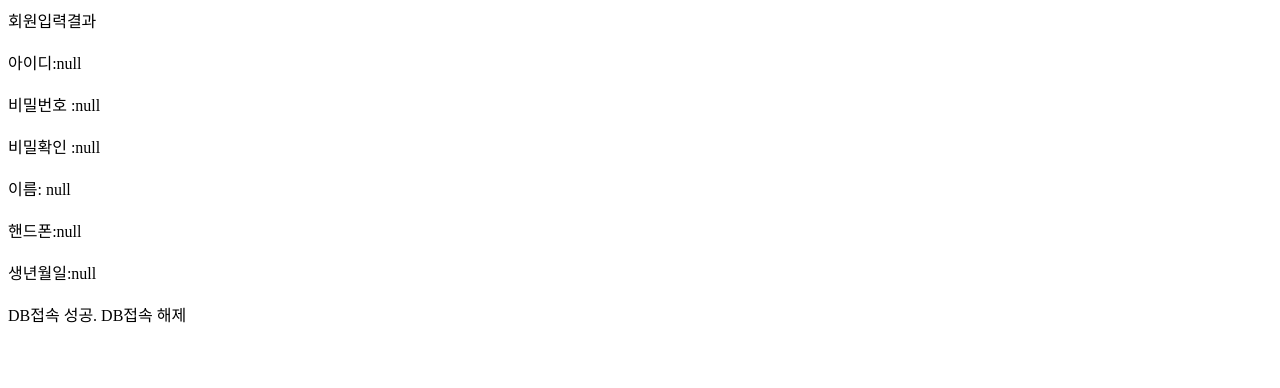
Repository: Junanaa/Jsp
Page: http://localhost/review/MyUser/UserInsertOK.jsp
The author's editor kept a copy of each file at every save. The page is drawn from the files as they stood at one save, then again after the next save.
The browser window is 1280 px wide. The pictures show the whole page.
The page is served by Tomcat 9.

Above is the page before, as saved 2023-11-07 03:35:18.

### src/review/src/main/webapp/MyUser/UserInsertOK.jsp
<%@ page language="java" contentType="text/html; charset=UTF-8"
    pageEncoding="UTF-8"%>
<%@ page import="java.sql.*" %>
<%@ page import ="java.sql.DriverManager" %>

<!DOCTYPE html>
<html>
<head>
<meta charset="UTF-8">
<title>Insert title here</title>
</head>
<body>
회원입력결과<br><br>

<%

	request.setCharacterEncoding("UTF-8"); //한글 표시용


	String sID = request.getParameter("mID");
	String sPWD1 = request.getParameter("mPWD1");
	String sPWD2 = request.getParameter("mPWD2");
	String sName = request.getParameter("mName");
	String sPhone = request.getParameter("mPhone");
	String sNumber = request.getParameter("mNumber");
	String sYMD = request.getParameter("mYMD");


%>

			아이디:<%=sID%><br><br>
			비밀번호 :<%=sPWD1%><br><br>
			비밀확인 :<%=sPWD2%><br><br>
			이름: <%=sName%><br><br>
			핸드폰:<%=sPhone %><br><br>
			생년월일:<%=sYMD %><br><br>

<%
	Connection MyConn = null;
	Statement MyStmt = null;
	try{
		String sUrl = "jdbc:mysql://localhost:3306/mydatabase";
		String sUser = "root";
		String sPassword = "1234";

		Class.forName("com.mysql.jdbc.Driver");
		MyConn = DriverManager.getConnection(sUrl,sUser, sPassword);

		out.println("DB접속 성공.");

	}
	catch (SQLException ex){
		out.println("DB 접속실패.<br>");
		out.println("SQLException: " + ex.getMessage());
		ex.printStackTrace();

	}
	finally{

		if(MyConn != null) MyConn.close();
		out.println("DB접속 해제");
	}
%>



</body>
</html>

After the next save:
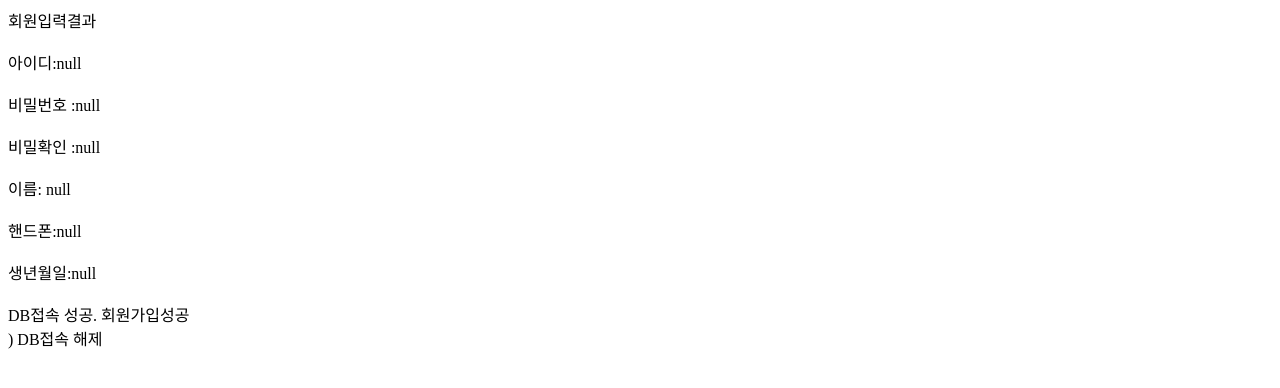
Saved 5 min 10 s later.
--- a/src/review/src/main/webapp/MyUser/UserInsertOK.jsp
+++ b/src/review/src/main/webapp/MyUser/UserInsertOK.jsp
@@ -48,6 +48,15 @@
 
 		out.println("DB접속 성공.");
 
+		String sSql = "insert into tbl_userinfo";
+		sSql = sSql + "(vID,vPwd,vName,vPhone,vEmail,dRegdate)";
+		sSql = sSql + "values";
+		sSql = sSql + "('Test5','1234','박주난','01083800931','junhan5231@naver.com')";
+
+		MyStmt = MyConn.createStatement();
+		MyStmt.executeUpdate(sSql);
+		out.println("회원가입성공<br>)");
+
 	}
 	catch (SQLException ex){
 		out.println("DB 접속실패.<br>");
